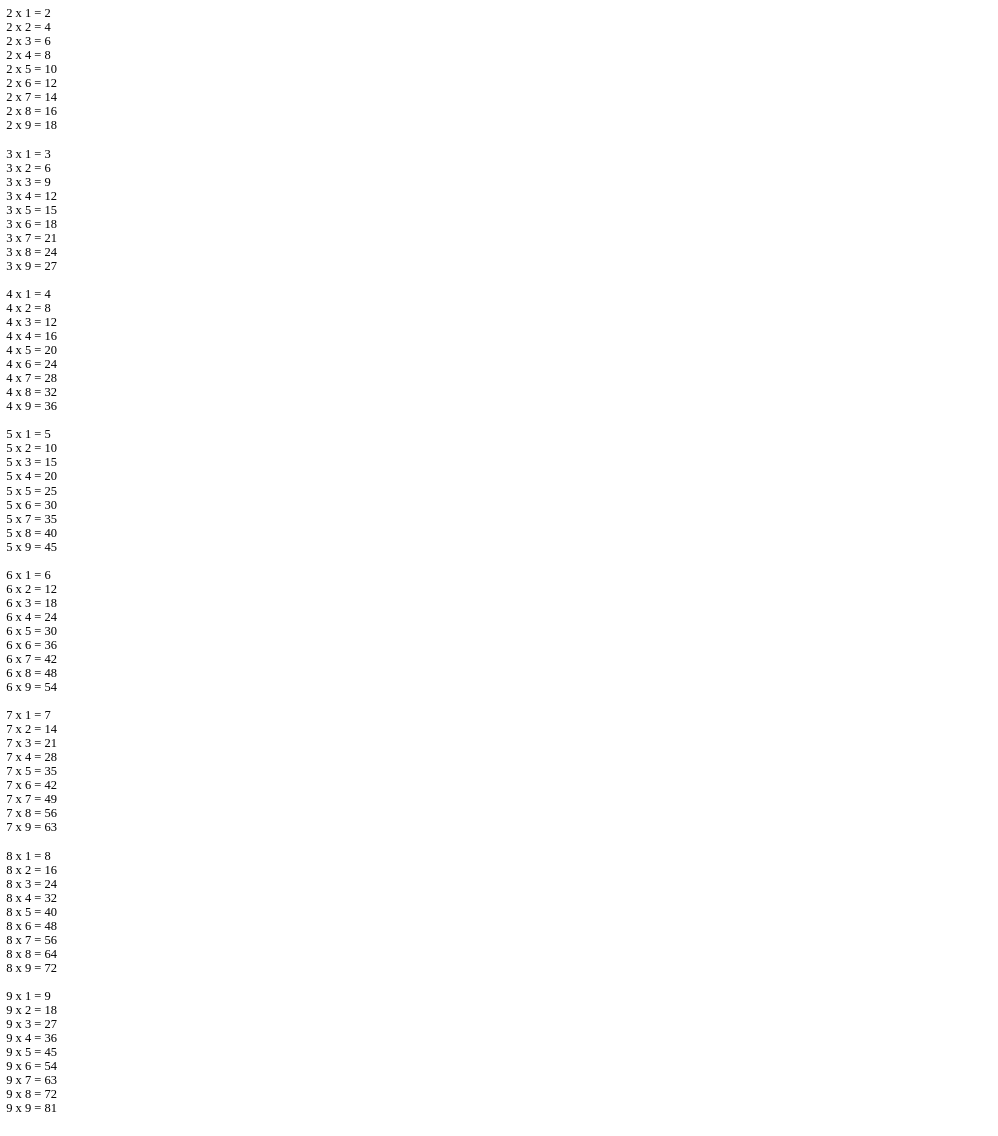
Repository: mjh1583/Hustar03_eGov
Page: http://localhost/JavaScript/js003.jsp
The author's editor kept a copy of each file at every save. The page is drawn from the files as they stood at one save, then again after the next save.
The browser window is 1280 px wide. The pictures show the whole page, at 78% of full size.
The page is served by Tomcat 9.

Above is the page before, as saved 2021-05-06 05:18:20.

### workspace/JavaScript/src/main/webapp/js003.jsp
<%@ page language="java" contentType="text/html; charset=UTF-8"
    pageEncoding="UTF-8"%>
<!DOCTYPE html>
<html>
<head>
	<meta charset="UTF-8">
	<title>제어문(if, for, while, switch case, do while)</title>
</head>
<body>
	<script type="text/javascript">
		function fn_sample1() {
			var money = prompt("지갑에 있는 돈을 알려주세요.");

			if(money > 5000) {
				alert('엄청 부자시네요.');
			}
			else if(money > 3000) {
				alert('조금 부자시네요.');
			}
		}

		//fn_sample1();

		function fn_sample2() {
			for(var i = 1; i <= 10; i++) {
				document.write(i + "<br/>");
			}
		}

		//fn_sample2();

		function fn_sample3() {
			for(var i = 1; i <= 10; i++) {

				if(i == 4) {
					continue;
				}

				if(i == 8) {
					break;
				}

				document.write(i + "<br/>");
			}
		}

		//fn_sample3();

		/*
			예제) 구구단을 출력해보세요. (2단 ~ 9단까지), 각 단 사이에는 한줄씩 비워주세요.
		*/

		function example() {
			for(var i = 2; i < 10; i++) {
				for(var j = 1; j < 10; j++) {
					document.write(i + " x " + j + " = " + i * j + "<br/>");
				}
				document.write("<br/>");
			}
		}

		example();
	</script>
</body>
</html>

After the next save:
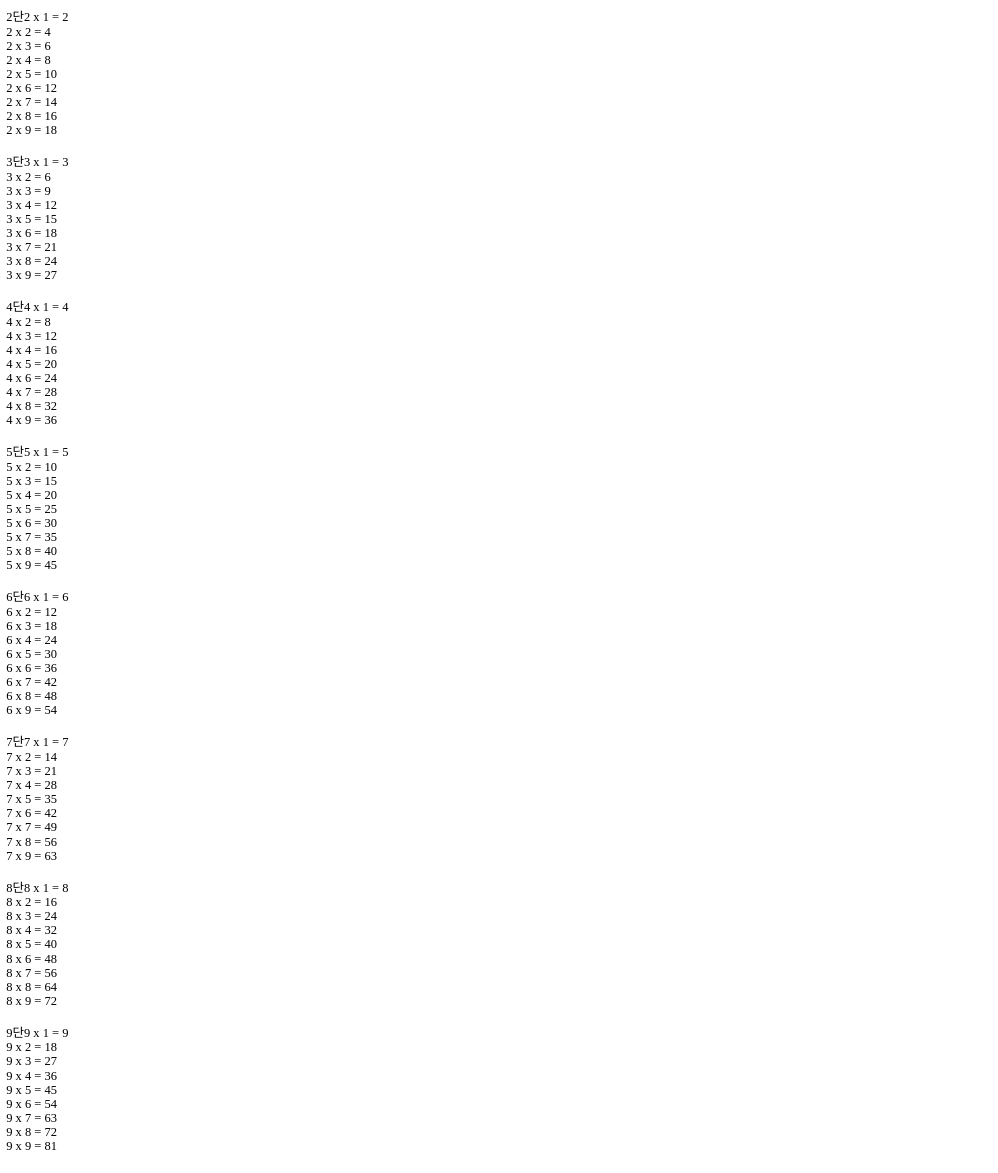
Saved 31 s later.
--- a/workspace/JavaScript/src/main/webapp/js003.jsp
+++ b/workspace/JavaScript/src/main/webapp/js003.jsp
@@ -52,6 +52,7 @@
 
 		function example() {
 			for(var i = 2; i < 10; i++) {
+				document.write(i + "단");
 				for(var j = 1; j < 10; j++) {
 					document.write(i + " x " + j + " = " + i * j + "<br/>");
 				}
